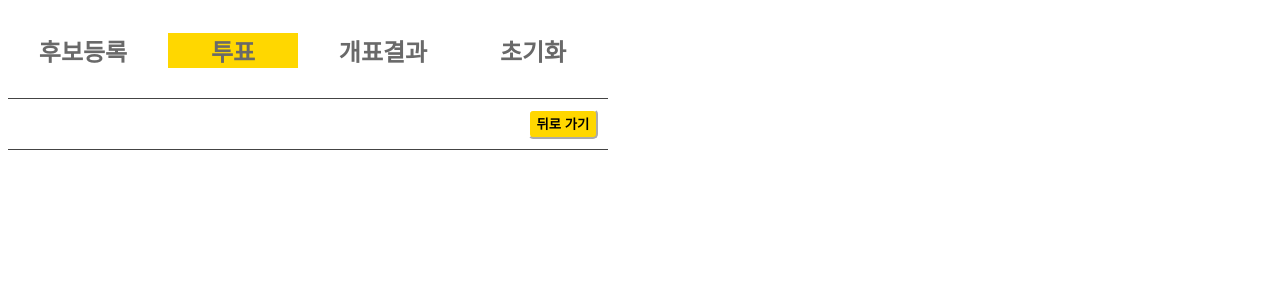
Repository: noheul1030/KOPO-HTML
Page: http://localhost/Tupyo/Tupyo/B_02_H.jsp
The author's editor kept a copy of each file at every save. The page is drawn from the files as they stood at one save, then again after the next save.
The browser window is 1280 px wide. The pictures show the whole page.
The page is served by Tomcat 9. Queries for data that is not in the repository find no rows.

Above is the page before, as saved 2023-06-04 15:10:49.

### Tupyo/src/main/webapp/Tupyo/B_02_H.jsp
<meta http-equiv = "Content-Type" content = "text/html; charset = utf-8" />
<%@ page contentType="text/html; charset=UTF-8" %>
<%@ page import="java.util.*" %> <!--java import-->
<%@ page import="java.io.*"%> <!--java import-->
<%@ page import="java.sql.*"%> <!--java import-->
<html>
	<head>
		<title>투표 B_02_H.jsp</title>
		<style>
    		table {
    			text-align: center;
   				border: 0;
   				solid black;
   				width: 600px;
   				border-collapse: collapse;
   				cellspacing="1"}
    		th, td {
		    border-bottom: 1px solid #444444;
		    padding: 10px;
			}
			th:first-child, td:first-child {
			  border-left: none;
			}
    		a {text-decoration-line: none;  color: #696969;}
			a:hover {
				background-color: gold;
				border-color: white;
				color: #696969;
				font-size : 16px;
				font-weight: bold; /* 글자 굵게 설정 */
				background-image: linear-gradient(45deg, white 50%, transparent 50%);
				background-position: 100%;
				background-size: 400%;
				transition: background 300ms ease-in-out;
			}
			.tr:hover {
				box-shadow: 0 0 40px 40px #f5f5f5 inset;
			}
			h2:hover {
			 box-shadow: 0 0 40px 40px #ffd700 inset;
			}
    		h1,h2,h4 {margin-top: 15px; text-align: center;}
    		.fourth {
			  background: gold;
			  border-color: white;
			  color: black;
			  background-image: linear-gradient(45deg, yellow 50%, transparent 50%);
			  background-position: 100%;
			  background-size: 400%;
			  transition: background 300ms ease-in-out;
			  border-radius: 5px;
			}

			.fourth:hover {
			  background-position: 0;
			}
			select{
				width: 70px; height: 20px; padding: 0px;font-weight: bold;
			}
			.check{
				box-shadow: 0 0 40px 40px #ffd700 inset;
			}
    	</style>
	</head>
	<body>
<%
		// DB연동
        Class.forName("com.mysql.jdbc.Driver");
		//Connection conn = DriverManager.getConnection("jdbc:mysql://192.168.23.60:3307/kopo11","root","shdmf1030@");
		Connection conn = DriverManager.getConnection("jdbc:mysql://localhost:3306/noheul","root","shdmf1030@");
        Statement stmt = conn.createStatement();


        request.setCharacterEncoding("utf-8");
        // null값 체크
        int Nullcheck = request.getParameter("choice") != null ? 1 : 0;
        String hubo = "";
        String age = "";

        if(Nullcheck == 1){
	        hubo = request.getParameter("choice");
	        age = request.getParameter("age");

        	stmt.execute("insert into TupyoDB (hubo, age) values ('" + hubo + "','" + age + "')");
        }

        // 전체 후보 수 조회
        ResultSet huboCNT = stmt.executeQuery("select count(*) from huboDB");
        String cnt = "";
        while(huboCNT.next()){
        	cnt = huboCNT.getString(1);
        }

        String TupyoTotalQuery = String.format("SELECT hubo AS 후보,count(hubo)-1 as 득표수,(count(hubo)-1) / (SELECT COUNT(*)-%s FROM TupyoDB) * 100 AS 득표율 FROM TupyoDB GROUP BY hubo;",cnt);
        ResultSet rset = stmt.executeQuery(TupyoTotalQuery);
%>
		<form method = 'post'>
		<table>
    		<tr>
    			<td width = 25%><a align = center id="update" href="A_01_H.jsp" target="content"><h2>후보등록</h2></a></td>
    			<td width = 25%><a align = center id="vote" href="B_01_H.jsp" target="content"><h2 class="check">투표</h2></a></td>
    			<td width = 25%><a align = center id="result" href="C_01_H.jsp" target="content"><h2>개표결과</h2></a></td>
    			<td width = 25%><a align = center id="result" href="D_01_H.jsp" target="content"><h2>초기화</h2></a></td>
    		</tr>
		</form>
		</table>

		<form method = 'post'>
		<table>
			<tr>
<%			if(Nullcheck == 1){ %>
			<td colspan="5"><h4>투표 결과 : 투표 완료 하였습니다.</h4></td>
<%			}
			if(cnt.equals(null)){ %>
			<td colspan="5"><h4>후보등록을 해주세요.</h4></td>
<%			}%>

				<td align = right width = 22%>
				<input class="fourth" type="submit" value="뒤로 가기" style="width: 70px; height: 30px; padding: 0px;font-weight: bold;" formaction = 'B_01_H.jsp'></td>
			</tr>
		</form>
		</table>

		<table>
<%
			while (rset.next()){
%>
	     		<tr class="tr">
	     			<td width =15%><strong>후보 :</strong></td>

	     			<td align = left width = 20% ><p align=center><a href = 'oneviewDB.jsp?key=<%=rset.getString(1)%>'><%=rset.getString(1)%></a></p></td>

					<td width= 15% ><strong>득표수 :</strong></td>

	     			<td align = left width = 20% ><%=rset.getString(2)%></td>

					<td width= 15% ><strong>득표율 :</strong></td>

	     			<td align = left width = 20% ><%=rset.getString(3)%></td>

				</tr>
<%
			}
%>
		</table>
	</body>
</html>

After the next save:
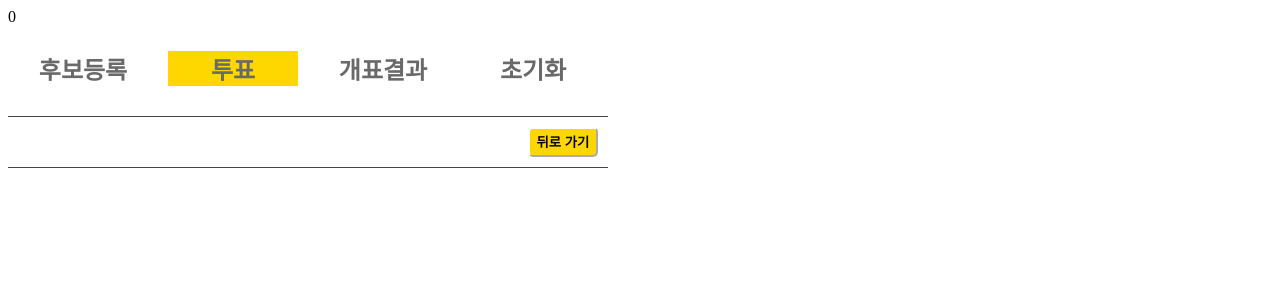
Saved 72 s later.
--- a/Tupyo/src/main/webapp/Tupyo/B_02_H.jsp
+++ b/Tupyo/src/main/webapp/Tupyo/B_02_H.jsp
@@ -90,7 +90,7 @@
         while(huboCNT.next()){
         	cnt = huboCNT.getString(1);
         }
-
+        out.println(cnt);
         String TupyoTotalQuery = String.format("SELECT hubo AS 후보,count(hubo)-1 as 득표수,(count(hubo)-1) / (SELECT COUNT(*)-%s FROM TupyoDB) * 100 AS 득표율 FROM TupyoDB GROUP BY hubo;",cnt);
         ResultSet rset = stmt.executeQuery(TupyoTotalQuery);
 %>

After the save that followed:
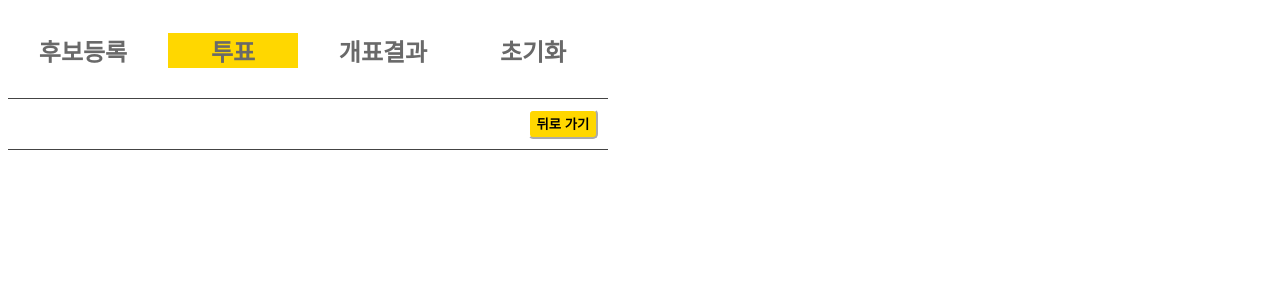
Saved 9 s later.
--- a/Tupyo/src/main/webapp/Tupyo/B_02_H.jsp
+++ b/Tupyo/src/main/webapp/Tupyo/B_02_H.jsp
@@ -90,7 +90,6 @@
         while(huboCNT.next()){
         	cnt = huboCNT.getString(1);
         }
-        out.println(cnt);
         String TupyoTotalQuery = String.format("SELECT hubo AS 후보,count(hubo)-1 as 득표수,(count(hubo)-1) / (SELECT COUNT(*)-%s FROM TupyoDB) * 100 AS 득표율 FROM TupyoDB GROUP BY hubo;",cnt);
         ResultSet rset = stmt.executeQuery(TupyoTotalQuery);
 %>
